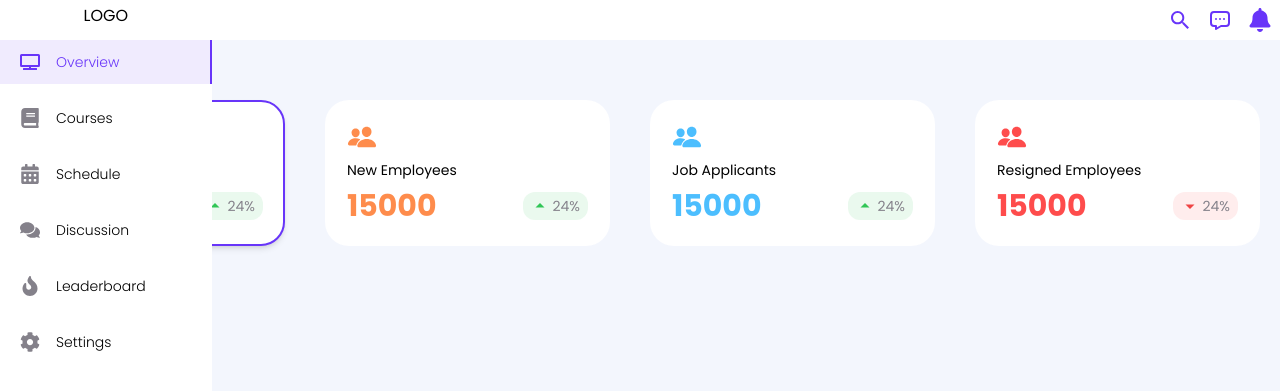
Repository: SpicierEwe/creativeio_hr_dashboard
Page: /
These files come from the project's save history. The page is drawn as it stood at one moment and after the next save; the edit follows.
The browser window is 1280 px wide. The pictures show the whole page.
The project was rebuilt for these pictures with package versions that can differ from the ones it lists, and the page was loaded fresh each time. Also part of the build but not shown: src/components/dashboard/sections/sections_2/section_2.jsx. Imported but missing from the stored project, and not drawn on this page: src/components/dashboard/sections/sections_2/charts/pie_chart.

Above is the page before, as saved 2024-06-28 23:26:13.

### public/index.html
<!DOCTYPE html>
<html lang="en">
  <head>
    <meta charset="utf-8" />
    <link rel="icon" href="%PUBLIC_URL%/favicon.ico" />
    <meta name="viewport" content="width=device-width, initial-scale=1" />
    <meta name="theme-color" content="#000000" />
    <meta
      name="description"
      content="A perfectly optmized HR Dashboard for all screens sizes to give you the best possible user experience no matter the type of screen size you use."
    />
    <link rel="apple-touch-icon" href="%PUBLIC_URL%/logo192.png" />
    <!--
      manifest.json provides metadata used when your web app is installed on a
      user's mobile device or desktop. See https://developers.google.com/web/fundamentals/web-app-manifest/
    -->
    <link rel="manifest" href="%PUBLIC_URL%/manifest.json" />
    <!--
      Notice the use of %PUBLIC_URL% in the tags above.
      It will be replaced with the URL of the `public` folder during the build.
      Only files inside the `public` folder can be referenced from the HTML.

      Unlike "/favicon.ico" or "favicon.ico", "%PUBLIC_URL%/favicon.ico" will
      work correctly both with client-side routing and a non-root public URL.
      Learn how to configure a non-root public URL by running `npm run build`.
    -->
    <title>HR Dashboard</title>
  </head>
  <body>
    <noscript>You need to enable JavaScript to run this app.</noscript>
    <div id="root"></div>
    <!--
      This HTML file is a template.
      If you open it directly in the browser, you will see an empty page.

      You can add webfonts, meta tags, or analytics to this file.
      The build step will place the bundled scripts into the <body> tag.

      To begin the development, run `npm start` or `yarn start`.
      To create a production bundle, use `npm run build` or `yarn build`.
    -->
  </body>
</html>

### src/index.css
@import url('https://fonts.googleapis.com/css2?family=Poppins:ital,wght@0,100;0,200;0,300;0,400;0,500;0,600;0,700;0,800;0,900;1,100;1,200;1,300;1,400;1,500;1,600;1,700;1,800;1,900&display=swap');


@tailwind base;
@tailwind components;
@tailwind utilities;

@layer base {
    :root {
        --color-primary: #ffffff;
        --color-secondary: #f3f6fd;
        --accent: #6835f9;
        --accent-light: #f0ebfe;

        --font-primary: #202020;
        --font-secondary: #84818A;
        --font-tertiary: #47464A;
        /* Corrected the double # */
    }

    .hide-scrollbar::-webkit-scrollbar {
        display: none;
    }

    .hide-scrollbar {
        -ms-overflow-style: none;
        /* IE and Edge */
        scrollbar-width: none;
        /* Firefox */
    }

    body {
        font-family: 'Poppins', sans-serif;
        background-color: var(--color-secondary);
    }

    h1,
    h2,
    h3,
    h4 {
        color: var(--font-primary);
    }





    p {
        color: var(--font-secondary);
    }
}

### src/App.js
import { BrowserRouter as Router, Routes, Route } from "react-router-dom";

import "./App.css";
import DashBoard from "./components/dashboard/dashboard";
import SideNav from "./components/side_nav/side_nav";
import { useRef } from "react";

function App() {
  const sideRef = useRef(null);
  return (
    <Router>
      <div className="App overflow-x-hidden ">
        <div className="flex max-w-screen-2xl w-screen">
          {/* side and top nav  */}
          <div ref={sideRef} className="">
            <SideNav />
          </div>
          {/* right content */}
          <div className="w-[100%] pt-20  ">
            <Routes>
              <Route path="/" element={<DashBoard />} />
            </Routes>
          </div>
        </div>
      </div>
    </Router>
  );
}

export default App;

### src/components/dashboard/dashboard.jsx
import Section1 from "./sections/section_1/section_1";
import Section2 from "./sections/sections_2/section_2";

function DashBoard() {
  return (
    <div>
      <div className=" ">
        <Section1 />
      </div>

      <div className="">{/* <Section2 /> */}</div>
    </div>
  );
}

export default DashBoard;

### src/components/side_nav/side_nav.jsx
import React, { useEffect, useState } from "react";

import {
  FaComments,
  FaCog,
  FaFire,
  FaCalendarAlt,
  FaBook,
  FaTv,
  FaBell,
} from "react-icons/fa";
import { IoMdSearch } from "react-icons/io";
import { TbMessageDots } from "react-icons/tb";
import { Link, redirect, useLocation } from "react-router-dom";

const menuItems = [
  { id: 1, icon: <FaTv />, label: "Overview", notifications: 0, redirect: "/" },
  {
    id: 2,
    icon: <FaBook />,
    label: "Courses",
    notifications: 0,
    redirect: "/courses",
  },
  {
    id: 3,
    icon: <FaCalendarAlt />,
    label: "Schedule",
    notifications: 2,
    redirect: "/schedule",
  },
  {
    id: 4,
    icon: <FaComments />,
    label: "Discussion",
    notifications: 0,
    redirect: "/discussion",
  },
  {
    id: 5,
    icon: <FaFire />,
    label: "Leaderboard",
    notifications: 0,
    redirect: "/leaderboard",
  },
  {
    id: 6,
    icon: <FaCog />,
    label: "Settings",
    notifications: 0,
    redirect: "/settings",
  },
];

function SideNav() {
  const [selectedNavIndex, setSelectedNavIndex] = useState(0);

  const location = useLocation();

  useEffect(() => {
    const path = location.pathname;
    const index = menuItems.findIndex((item) => item.redirect === path);
    setSelectedNavIndex(index);
  }, [location.pathname]);

  return (
    <div className="fixed">
      {/* top nav */}
      <TopNavBar />

      {/* side nav */}
      <ul className="flex flex-col fixed  gap-3 h-screen justify-between z-[999] bg-primary">
        <div className="flex flex-col  gap-3">
          {/*  LOGO images */}

          <div className="mt-1">LOGO</div>

          {/* <h2>Main Menu</h2> */}
          {menuItems.map((item, index) => {
            const isSelected = selectedNavIndex === index;
            return (
              <Link to={item.redirect}>
                <li
                  key={item.id}
                  // bg
                  className={`p-3 border-r-2 ${
                    isSelected ? "border-accent" : "border-primary"
                  } text-md cursor-pointer w-full ${
                    isSelected ? "bg-accent_light" : ""
                  } transition-all duration-200 ease-in-out lg:pr-16 lg:pl-5 `}
                  onClick={() => setSelectedNavIndex(index)}
                >
                  <div className="flex justify-between gap-10">
                    <div className="flex gap-4">
                      {/* item icon */}
                      <div
                        className={` text-2xl lg:text-xl ${
                          isSelected ? "text-accent" : "text-secondary"
                        }  `}
                      >
                        {item.icon}
                      </div>

                      {/* lable */}
                      <div
                        className={`hidden lg:block text-sm font-light ${
                          isSelected ? "text-accent" : ""
                        } `}
                      >
                        {item.label}
                      </div>
                    </div>
                  </div>
                </li>
              </Link>
            );
          })}
        </div>
      </ul>
    </div>
  );
}

export default SideNav;
const TopNavBar = () => {
  const icons = [<IoMdSearch />, <TbMessageDots />, <FaBell />];
  return (
    <div className="bg-primary w-screen fixed  max-w-screen-2xl">
      {/* mobile */}
      <div className="flex justify-between">
        <div></div>

        {/* icons */}
        <div className="flex">
          {icons.map((icon, index) => (
            <div
              key={index}
              className="flex justify-end p-2 text-2xl text-accent"
            >
              {icon}
            </div>
          ))}
        </div>
      </div>
    </div>
  );
};

### src/components/dashboard/sections/section_1/section_1.jsx
import { useState } from "react";
import { IoPeople } from "react-icons/io5";
import { RiArrowUpSFill } from "react-icons/ri";

function Section1() {
  const data = [
    {
      icon: <IoPeople />,
      title: "Total Employees",
      count: 15000,
      percentage: "24%",
      color: "#6835f9",
      drop: false,
    },
    {
      icon: <IoPeople />,
      title: "New Employees",
      count: 15000,
      percentage: "24%",
      color: "#fe8c4c",
      drop: false,
    },
    {
      icon: <IoPeople />,
      title: "Job Applicants",
      count: 15000,
      percentage: "24%",
      color: "#4cbefe",
      drop: false,
    },
    {
      icon: <IoPeople />,
      title: "Resigned Employees",
      count: 15000,
      percentage: "24%",
      color: "#fe4c4c",
      drop: true,
    },
  ];

  function hexToRGBA(hex, opacity) {
    let r = 0,
      g = 0,
      b = 0;
    if (hex.length === 4) {
      r = parseInt(hex[1] + hex[1], 16);
      g = parseInt(hex[2] + hex[2], 16);
      b = parseInt(hex[3] + hex[3], 16);
    } else if (hex.length === 7) {
      r = parseInt(hex[1] + hex[2], 16);
      g = parseInt(hex[3] + hex[4], 16);
      b = parseInt(hex[5] + hex[6], 16);
    }
    return `rgba(${r},${g},${b},${opacity})`;
  }

  const item = {
    color: "#ff5733", // Example color
  };

  const boxShadowColor = hexToRGBA(item.color, 0.3);
  const boxShadow = `0 4px 10px -3px ${boxShadowColor}`;
  console.log(boxShadow);

  const [selectedIndex, setSelectedIndex] = useState(0);

  return (
    <div className="hide-scrollbar flex gap-5 lg:gap-10 overflow-x-auto hide-scroll w-full p-5 pl-0   xl:grid grid-cols-4">
      {data.map((item, index) => {
        return (
          <div
            key={index}
            onClick={() => setSelectedIndex(index)}
            className={`text-start rounded-3xl p-5 bg-primary flex flex-col items-start cursor-pointer ${
              selectedIndex === index ? `shadow-md` : ""
            } transition-all duration-200 ease-in-out`}
            style={{
              border: `2px ${
                selectedIndex === index ? item.color : "transparent"
              } solid`,
            }}
          >
            <div
              className="text-3xl"
              style={{
                color: item.color,
              }}
            >
              {item.icon}
            </div>
            <div className=" mt-2 text-sm  whitespace-nowrap">{item.title}</div>
            <div className="w-full flex gap-3 mt-2  items-center justify-between">
              <p
                className="text-3xl font-bold"
                style={{
                  color: item.color,
                }}
              >
                {item.count}
              </p>
              <div
                className="flex gap-1 items-center w-fit rounded-xl py-1 px-2"
                style={{
                  color: item.drop ? "red" : "green",
                  backgroundColor: item.drop
                    ? "rgba(254, 76, 76, 0.1)"
                    : "rgba(49, 198, 86, 0.1)",
                }}
              >
                {!item.drop ? (
                  <RiArrowUpSFill className="text-[#31c656] text-lg" />
                ) : (
                  <RiArrowUpSFill className="text-red-500 text-lg rotate-180" />
                )}
                <p className="text-sm">{item.percentage}</p>
              </div>
            </div>
          </div>
        );
      })}
    </div>
  );
}

export default Section1;

### tailwind.config.js
/** @type {import('tailwindcss').Config} */
module.exports = {
  content: ["./src/**/*.{js,jsx,ts,tsx}"],
  theme: {
    extend: {
      colors: {
        primary: "var(--color-primary)",
        secondary: "var(--color-secondary)",
        accent: "var(--accent)",
        accent_light: "var(--accent-light)",
      },
      textColor: {
        primary: "var(--font-primary)",
        secondary: "var(--font-secondary)",
        tertiary: "var(--font-tertiary)",
      },
    },
  },
  plugins: [],
};

Loaded but not shown: src/index.js (common file); src/reportWebVitals.js (common file); src/App.css (common file)

After the next save:
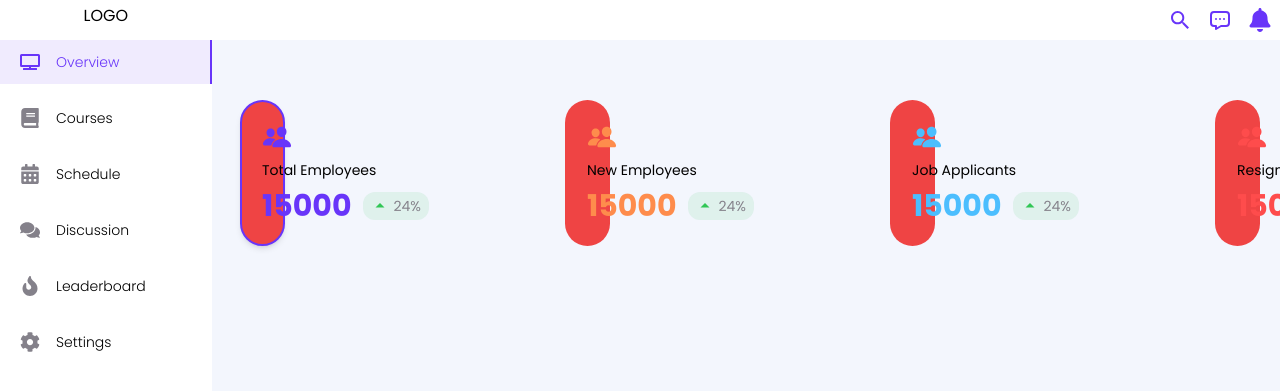
Saved 46 s later.
--- a/src/components/dashboard/sections/section_1/section_1.jsx
+++ b/src/components/dashboard/sections/section_1/section_1.jsx
@@ -73,7 +73,7 @@
             onClick={() => setSelectedIndex(index)}
             className={`text-start rounded-3xl p-5 bg-primary flex flex-col items-start cursor-pointer ${
               selectedIndex === index ? `shadow-md` : ""
-            } transition-all duration-200 ease-in-out`}
+            } transition-all duration-200 ease-in-out  ml-[5rem] lg:ml-[15rem] bg-red-500`}
             style={{
               border: `2px ${
                 selectedIndex === index ? item.color : "transparent"

After the save that followed:
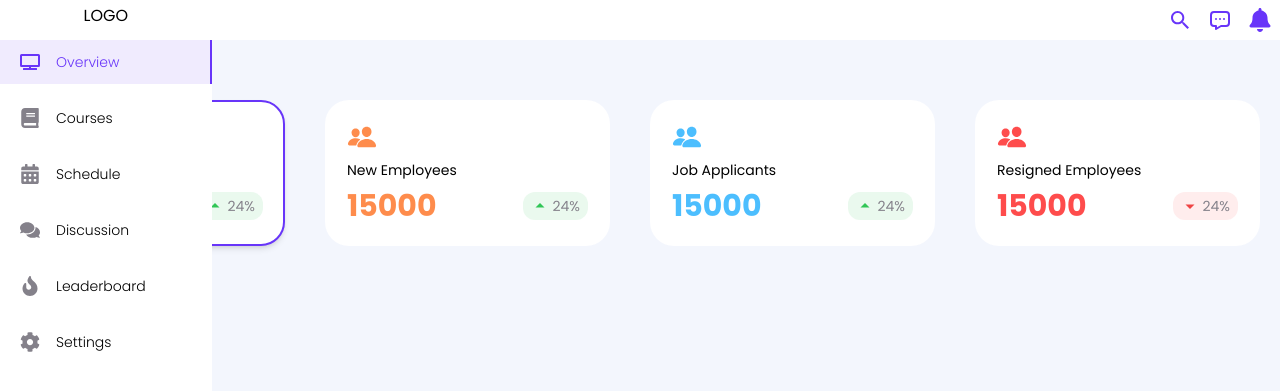
Saved 7 s later.
--- a/src/components/dashboard/sections/section_1/section_1.jsx
+++ b/src/components/dashboard/sections/section_1/section_1.jsx
@@ -73,7 +73,7 @@
             onClick={() => setSelectedIndex(index)}
             className={`text-start rounded-3xl p-5 bg-primary flex flex-col items-start cursor-pointer ${
               selectedIndex === index ? `shadow-md` : ""
-            } transition-all duration-200 ease-in-out  ml-[5rem] lg:ml-[15rem] bg-red-500`}
+            } transition-all duration-200 ease-in-out `}
             style={{
               border: `2px ${
                 selectedIndex === index ? item.color : "transparent"
